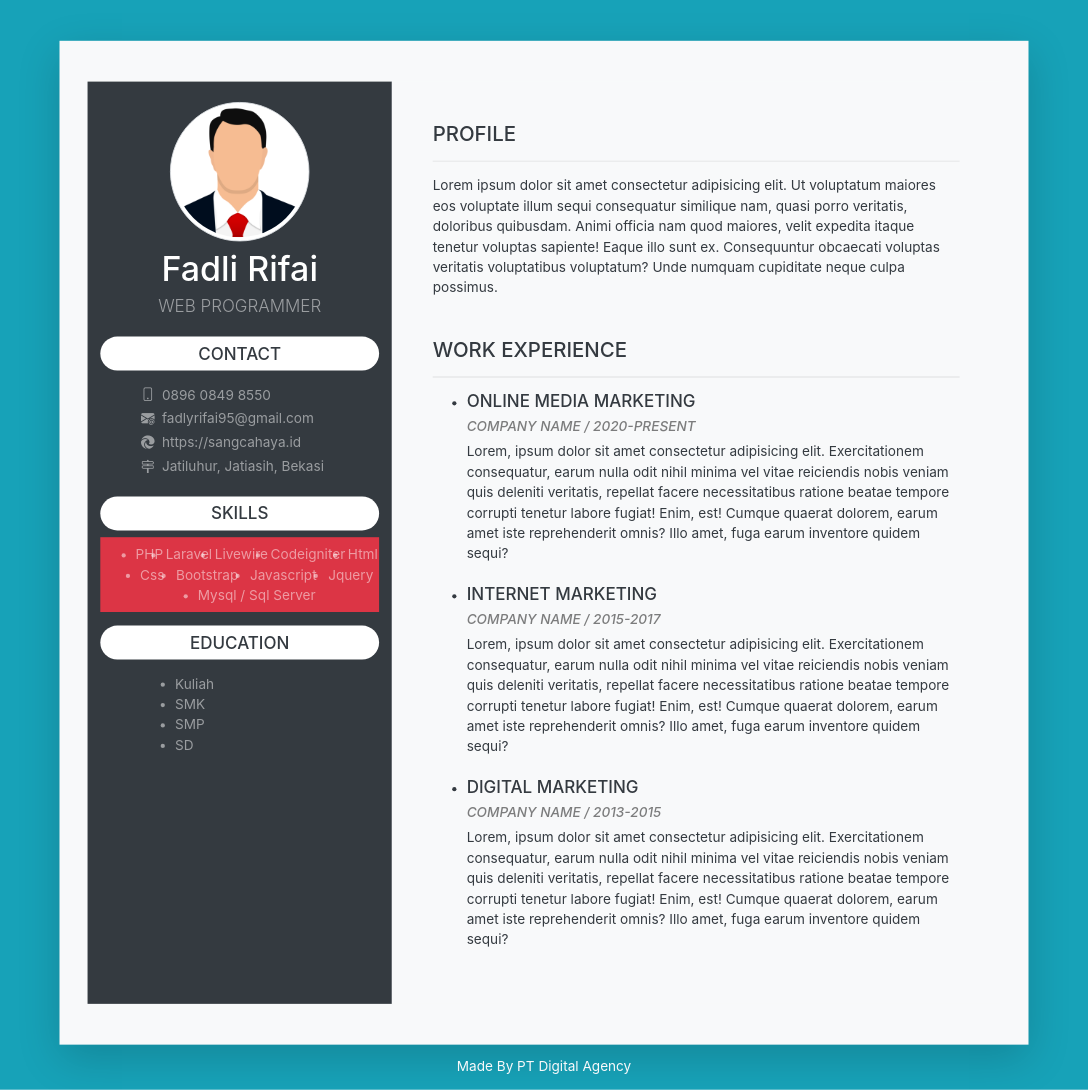
Repository: fadlyyy/fadlyyy.github.io
Page: index.html
The author's editor kept a copy of each file at every save. The page is drawn from the files as they stood at one save, then again after the next save.
The browser window is 1280 px wide. The pictures show the whole page, at 85% of full size.

Above is the page before, as saved 2024-01-31 07:40:58.

### index.html
<!DOCTYPE html>
<html lang="en">

<head>
     <!-- Required meta tags -->
     <meta charset="utf-8" />
     <meta name="viewport" content="width=device-width, initial-scale=1, shrink-to-fit=no" />

     <!-- Bootstrap CSS -->
     <link rel="stylesheet" href="https://cdn.jsdelivr.net/npm/bootstrap@4.6.2/dist/css/bootstrap.min.css"
          integrity="sha384-xOolHFLEh07PJGoPkLv1IbcEPTNtaed2xpHsD9ESMhqIYd0nLMwNLD69Npy4HI+N" crossorigin="anonymous" />

     <!-- Icon -->
     <link rel="stylesheet" href="https://cdn.jsdelivr.net/npm/bootstrap-icons@1.11.3/font/bootstrap-icons.min.css" />

     <link rel="stylesheet" href="style.css" />

     <title>Hello, world!</title>
</head>

<body class="bg-info">
     <div class="container p-5 bg-light mt-5 mb-5 shadow shadow-lg">
          <div class="row">
               <div class="col-lg-4 bg-dark text-white text-center py-4">
                    <div class="header-left">
                         <img src="img/profile.png"
                              alt="" class="img-thumbnail rounded-circle mb-2 w-50 h-50" />
                         <h1 class="display-5">Fadli Rifai</h1>
                         <h4 class="lead text-uppercase text-white-50 mb-4">Web Programmer</h4>
                    </div>

                    <!-- general info -->
                    <div class="general-info">
                         <h5 class="text-uppercase bg-white text-dark py-2 rounded-pill">contact</h5>

                         <ul class="list-unstyled text-white-50 py-2 text-left ml-5">
                              <li class="list-item mb-1">
                                   <p>
                                        <i class="bi bi-phone mr-1"></i> 0896 0849 8550
                                   </p>
                              </li>
                              <li class="list-item mb-1 text-wrap w-75">
                                   <p>
                                        <i class="bi bi-envelope-at-fill mr-1"></i> fadlyrifai95@gmail.com
                                   </p>
                              </li>
                              <li class="list-item mb-1">
                                   <p>
                                        <i class="bi bi-browser-edge mr-1"></i> https://sangcahaya.id
                                   </p>
                              </li>
                              <li class="list-item">
                                   <i class="bi bi-signpost-2 mr-1"></i>
                                   Jatiluhur, Jatiasih, Bekasi
                              </li>
                         </ul>
                    </div>

                    <!-- skills -->
                    <div>
                         <h5 class="text-uppercase bg-white text-dark py-2 rounded-pill">skills</h5>
                         <ul class="list text-white-50 py-2 text-left text-capitalize list-skills bg-danger">
                              <li class="list-item">PHP</li>
                              <li class="list-item">laravel</li>
                              <li class="list-item">livewire</li>
                              <li class="list-item">codeigniter</li>
                              <li class="list-item">html</li>
                              <li class="list-item">css</li>
                              <li class="list-item">bootstrap</li>
                              <li class="list-item">javascript</li>
                              <li class="list-item">jquery</li>
                              <li class="list-item">mysql / sql server</li>
                         </ul>
                    </div>

                    <!-- educations -->
                    <div>
                         <h5 class="text-uppercase bg-white text-dark py-2 rounded-pill">education</h5>
                         <ul class="list text-white-50 ml-5 py-2 text-left text-capitalize">
                              <li class="list-item">Kuliah</li>
                              <li class="list-item">SMK</li>
                              <li class="list-item">SMP</li>
                              <li class="list-item">SD</li>
                         </ul>
                    </div>
               </div>

               <div class="col-lg-8 bg-light text-dark py-5 px-5 right-side">
                    <div class="header-right">
                         <h4 class="text-uppercase">Profile</h4>
                         <hr />
                         <p>
                              Lorem ipsum dolor sit amet consectetur adipisicing elit. Ut voluptatum maiores eos
                              voluptate illum sequi consequatur similique nam, quasi porro veritatis, doloribus
                              quibusdam. Animi officia nam quod maiores, velit expedita
                              itaque tenetur voluptas sapiente! Eaque illo sunt ex. Consequuntur obcaecati voluptas
                              veritatis voluptatibus voluptatum? Unde numquam cupiditate neque culpa possimus.
                         </p>
                    </div>

                    <div class="mt-5">
                         <h4 class="text-uppercase">work experience</h4>
                         <hr>

                         <ul class="list">
                              <li class="list-item">
                                   <h5 class="display-6 text-uppercase">online media marketing</h5>
                                   <h6 class="text-uppercase text-black-50 font-italic">company name / 2020-present</h6>
                                   <p>Lorem, ipsum dolor sit amet consectetur adipisicing elit. Exercitationem consequatur, earum nulla odit nihil minima vel vitae reiciendis nobis veniam quis deleniti veritatis, repellat facere necessitatibus ratione beatae tempore corrupti tenetur labore fugiat! Enim, est! Cumque quaerat dolorem, earum amet iste reprehenderit omnis? Illo amet, fuga earum inventore quidem sequi?</p>
                              </li>

                              <li class="list-item mt-4">
                                   <h5 class="display-6 text-uppercase">internet marketing</h5>
                                   <h6 class="text-uppercase text-black-50 font-italic">company name / 2015-2017</h6>
                                   <p>Lorem, ipsum dolor sit amet consectetur adipisicing elit. Exercitationem consequatur, earum nulla odit nihil minima vel vitae reiciendis nobis veniam quis deleniti veritatis, repellat facere necessitatibus ratione beatae tempore corrupti tenetur labore fugiat! Enim, est! Cumque quaerat dolorem, earum amet iste reprehenderit omnis? Illo amet, fuga earum inventore quidem sequi?</p>
                              </li>

                              <li class="list-item mt-4">
                                   <h5 class="display-6 text-uppercase">digital marketing</h5>
                                   <h6 class="text-uppercase text-black-50 font-italic">company name / 2013-2015</h6>
                                   <p>Lorem, ipsum dolor sit amet consectetur adipisicing elit. Exercitationem consequatur, earum nulla odit nihil minima vel vitae reiciendis nobis veniam quis deleniti veritatis, repellat facere necessitatibus ratione beatae tempore corrupti tenetur labore fugiat! Enim, est! Cumque quaerat dolorem, earum amet iste reprehenderit omnis? Illo amet, fuga earum inventore quidem sequi?</p>
                              </li>
                         </ul>
                    </div>
               </div>
          </div>
     </div>
     <!-- Optional JavaScript; choose one of the two! -->

     <!-- footer -->
     <div class="footer">
          <p class="text-light text-center text-capitalize" style="margin-top: -35px;">made by PT Digital Agency</p>
     </div>

     <!-- Option 1: jQuery and Bootstrap Bundle (includes Popper) -->
     <script src="https://cdn.jsdelivr.net/npm/jquery@3.5.1/dist/jquery.slim.min.js"
          integrity="sha384-DfXdz2htPH0lsSSs5nCTpuj/zy4C+OGpamoFVy38MVBnE+IbbVYUew+OrCXaRkfj"
          crossorigin="anonymous"></script>
     <script src="https://cdn.jsdelivr.net/npm/bootstrap@4.6.2/dist/js/bootstrap.bundle.min.js"
          integrity="sha384-Fy6S3B9q64WdZWQUiU+q4/2Lc9npb8tCaSX9FK7E8HnRr0Jz8D6OP9dO5Vg3Q9ct"
          crossorigin="anonymous"></script>

     <!-- Option 2: Separate Popper and Bootstrap JS -->
     <!--
    <script src="https://cdn.jsdelivr.net/npm/jquery@3.5.1/dist/jquery.slim.min.js" integrity="sha384-DfXdz2htPH0lsSSs5nCTpuj/zy4C+OGpamoFVy38MVBnE+IbbVYUew+OrCXaRkfj" crossorigin="anonymous"></script>
    <script src="https://cdn.jsdelivr.net/npm/popper.js@1.16.1/dist/umd/popper.min.js" integrity="sha384-9/reFTGAW83EW2RDu2S0VKaIzap3H66lZH81PoYlFhbGU+6BZp6G7niu735Sk7lN" crossorigin="anonymous"></script>
    <script src="https://cdn.jsdelivr.net/npm/bootstrap@4.6.2/dist/js/bootstrap.min.js" integrity="sha384-+sLIOodYLS7CIrQpBjl+C7nPvqq+FbNUBDunl/OZv93DB7Ln/533i8e/mZXLi/P+" crossorigin="anonymous"></script>
    -->
</body>

</html>

### style.css
.general-info ul li p {
    margin: 0;
}

.list-skills {
    display: flex;
    flex-wrap: wrap;
    justify-content: space-around;
    align-content: space-around;
}

/* Media Query */
/* Extra Large */
@media (max-width: 1200px) {

}

/* Laptop */
@media (max-width: 992px) {

}

/* Tablet */
@media (max-width: 768px) {

}

/* Mobile */
@media (max-width: 576px) {
    .right-side {
        padding-left: 0 !important;
        padding-right: 0 !important;
    }
}

After the next save:
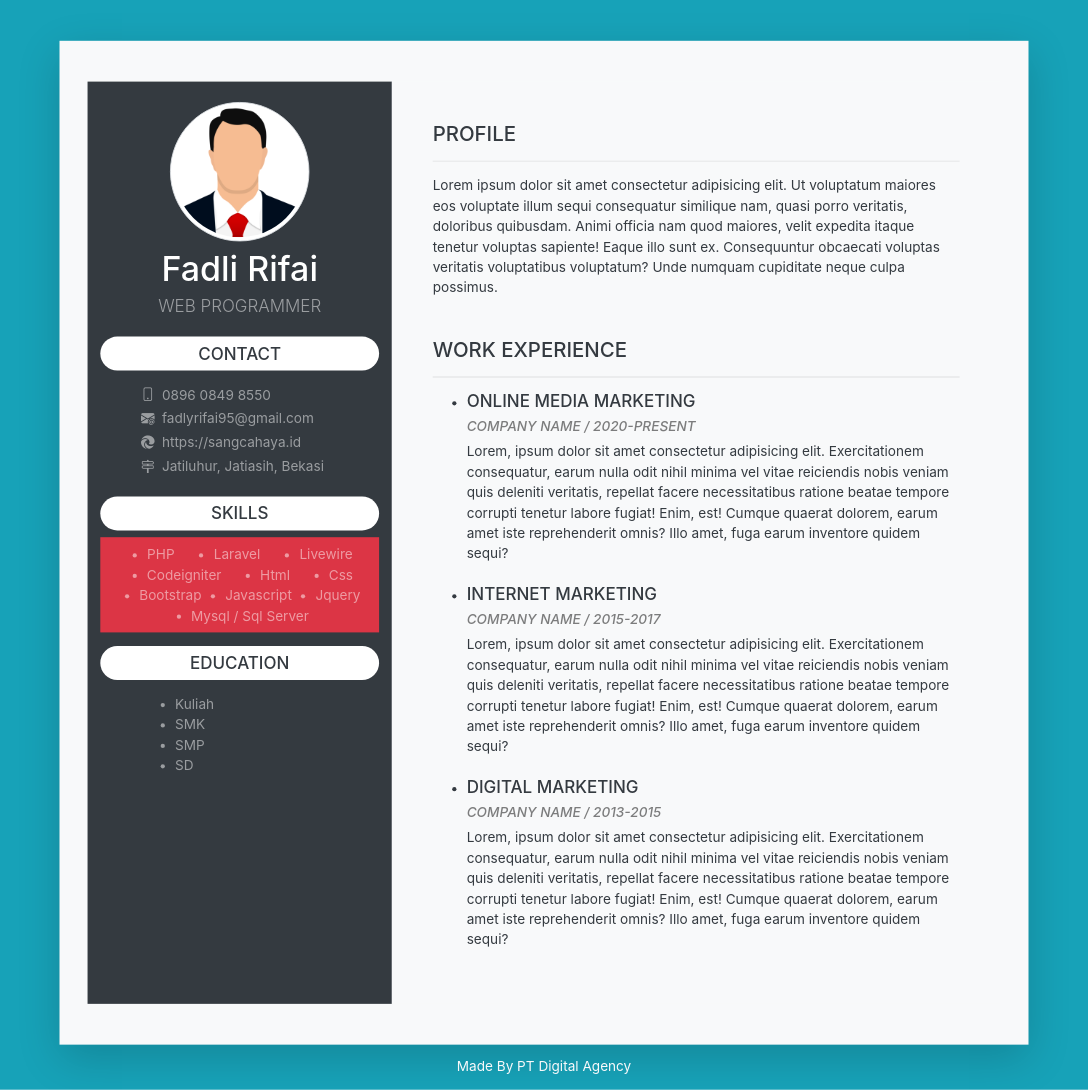
Saved 31 s later.
--- a/style.css
+++ b/style.css
@@ -7,6 +7,10 @@
     flex-wrap: wrap;
     justify-content: space-around;
     align-content: space-around;
+}
+
+.list-skills .list-item {
+    margin-right: 1rem;
 }
 
 /* Media Query */
